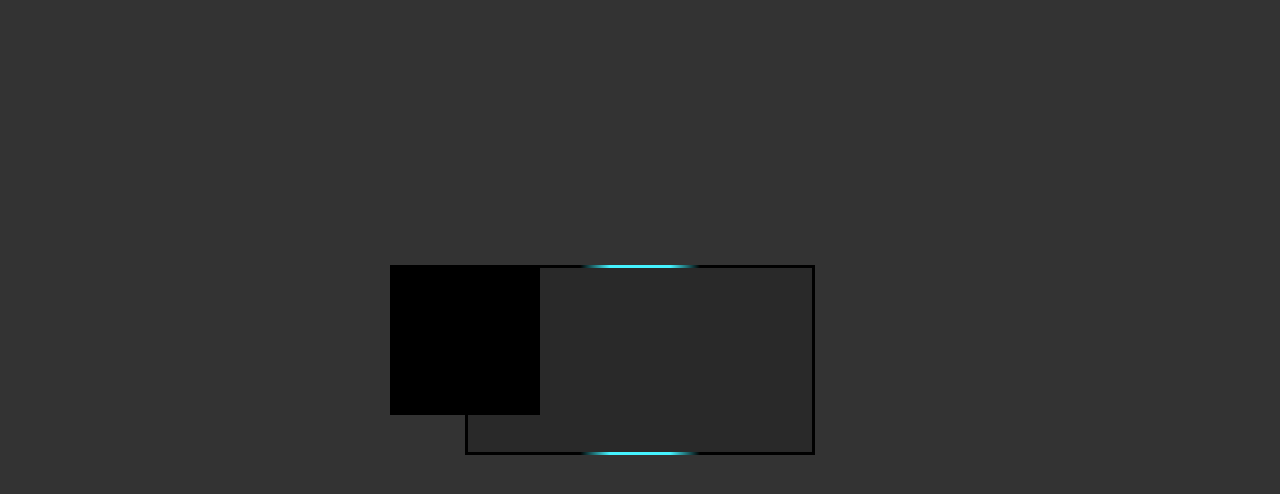
Repository: SeungYn/Javascript-study-toy
Page: profile-card/index.html
These files come from the project's save history. The page is drawn as it stood at one moment and after the next save; the edit follows.
The browser window is 1280 px wide. The pictures show the whole page.

Above is the page before, as saved 2023-01-12 15:37:52.

### profile-card/index.html
<!DOCTYPE html>
<html lang="en">
  <head>
    <meta charset="UTF-8" />
    <meta http-equiv="X-UA-Compatible" content="IE=edge" />
    <meta name="viewport" content="width=device-width, initial-scale=1.0" />
    <title>Document</title>
    <link rel="stylesheet" href="./style.css" />
  </head>
  <body>
    <div class="card">
      <div class="lines"></div>
      <div class="imgBx"></div>
    </div>
  </body>
</html>

### profile-card/style.css
@import url('https://fonts.googleapis.com/css?family-Popins:100,200,300,400,500,600,700,800,900');

* {
  margin: 0;
  padding: 0;
  box-sizing: border-box;
  font-family: 'Popins', sans-serif;
}

body {
  display: flex;
  justify-content: center;
  align-items: center;
  min-height: 100vh;
  background: #333;
}

.card {
  position: relative;
  width: 350px;
  height: 190px;
  background: #333;
  transition: 0.5s;
}

.card:hover {
  height: 450px;
}

.card .lines {
  position: absolute;
  inset: 0;
  background: #000;
  overflow: hidden;
}

.card .lines::before {
  content: '';
  position: absolute;
  top: 50%;
  left: 50%;
  transform: translate(-50%, -50%);
  width: 600px;
  height: 120px;
  background: linear-gradient(
    transparent,
    #45f3ff,
    #45f3ff,
    #45f3ff,
    transparent
  );
  animation: animate 4s linear infinite;
}

@keyframes animate {
  0% {
    transform: translate(-50%, -50%) rotate(0deg);
  }

  100% {
    transform: translate(-50%, -50%) rotate(360deg);
  }
}

.card .lines::after {
  content: '';
  position: absolute;
  inset: 3px;
  background-color: #292929;
}

.card .imgBx {
  position: absolute;

  transform: translateX(-50%);
  width: 150px;
  height: 150px;
  background: #000;
  transition: 0.5s;
  z-index: 10;
  overflow: hidden;
}

.card:hover .imgBx {
  width: 250px;
  height: 250px;
}

After the next save:
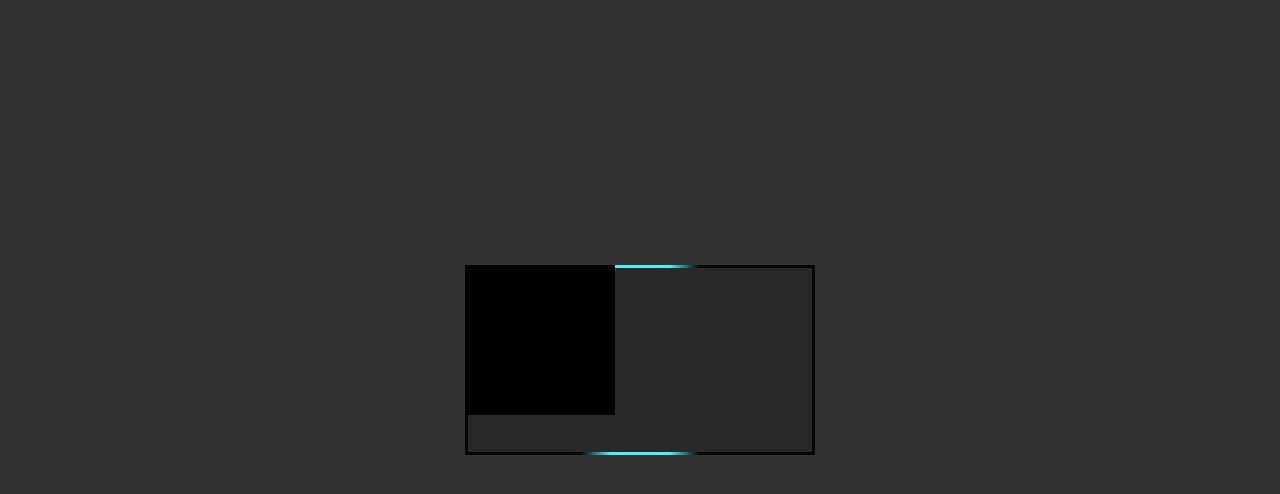
Saved 7 s later.
--- a/profile-card/style.css
+++ b/profile-card/style.css
@@ -72,7 +72,6 @@ body {
 .card .imgBx {
   position: absolute;
 
-  transform: translateX(-50%);
   width: 150px;
   height: 150px;
   background: #000;
